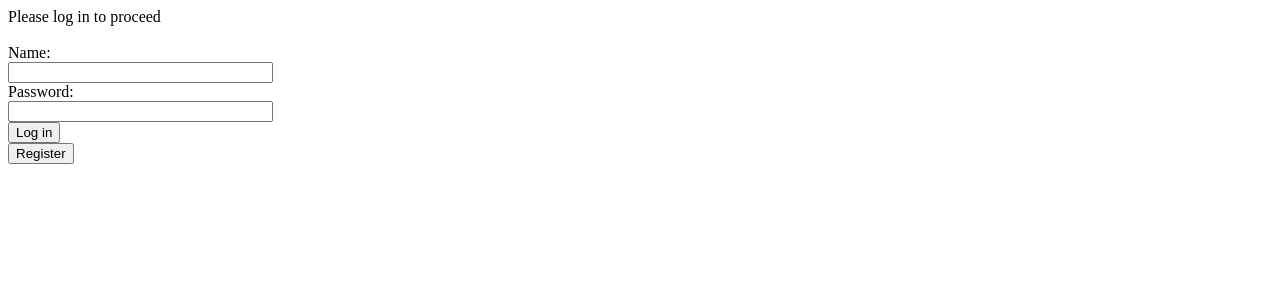
Repository: marcojansen/WebTechnologie2.1
Page: TheRoomRental/WebContent/login.html
The author's editor kept a copy of each file at every save. The page is drawn from the files as they stood at one save, then again after the next save.
The browser window is 1280 px wide. The pictures show the whole page.

Above is the page before, as saved 2014-09-02 11:34:04.

### TheRoomRental/WebContent/login.html
<!DOCTYPE html>
<html>
<head>
<meta charset="US-ASCII">
<title>Login</title>
</head>
<body>
Please log in to proceed <BR><BR>
<FORM action="login.java" method = "get">
Name: <BR> <INPUT TYPE="text" NAME="Name" SIZE="30"><BR>
Password: <BR> <Input TYPE="password" NAME="Password" SIZE="30"><BR>
<input type="submit" value="Log in">
</FORM>

<form method="get" action="register.html">
    <button type="submit">Register</button>
</form>

</body>
</html>

After the next save:
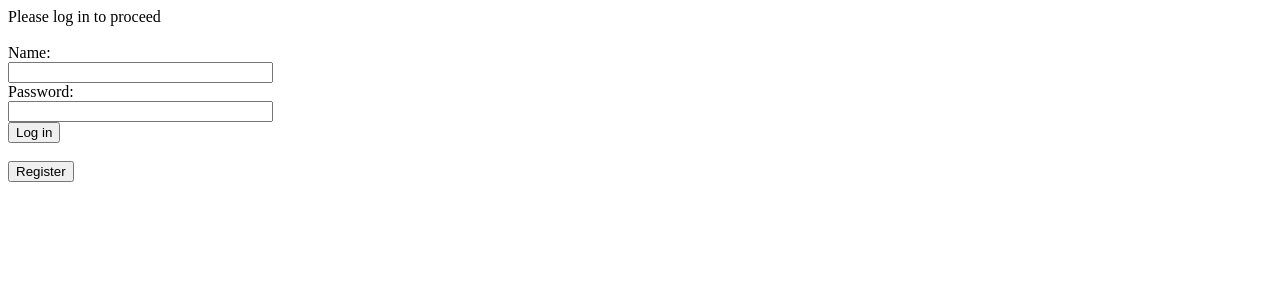
Saved 41 s later.
--- a/TheRoomRental/WebContent/login.html
+++ b/TheRoomRental/WebContent/login.html
@@ -11,7 +11,7 @@ Name: <BR> <INPUT TYPE="text" NAME="Name" SIZE="30"><BR>
 Password: <BR> <Input TYPE="password" NAME="Password" SIZE="30"><BR>
 <input type="submit" value="Log in">
 </FORM>
-
+<BR>
 <form method="get" action="register.html">
     <button type="submit">Register</button>
 </form>
